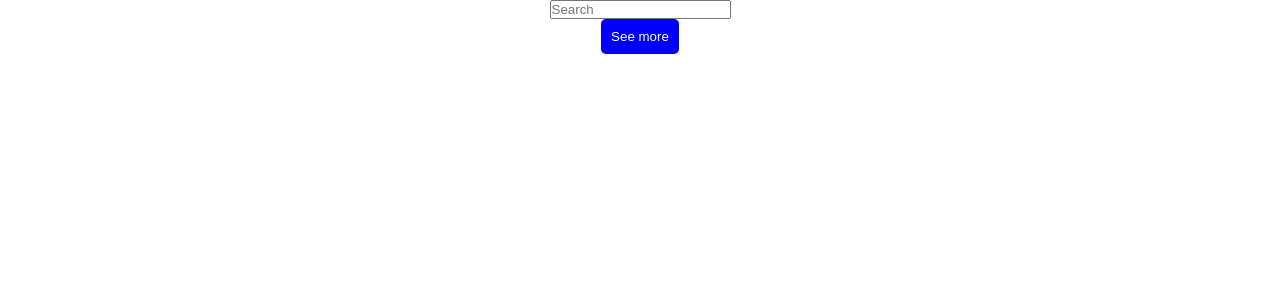
Repository: GiovanaBragio/ReactCourse
Page: / (app in project-1/)
These files come from the project's save history. The page is drawn as it stood at one moment and after the next save; the edit follows.
The browser window is 1280 px wide. The pictures show the whole page.
The page's requests for data from a server got no answer. The project was rebuilt for these pictures with package versions that can differ from the ones it lists, and the page was loaded fresh each time. No one was signed in, and anything a server would have sent is missing. Also part of the build but not shown: project-1/src/components/PostCard/PostCard.styles.css, project-1/src/components/PostCard/PostCard.tsx.

Above is the page before, as saved 2025-02-05 16:15:44.

### project-1/src/index.tsx
import React from 'react';
import ReactDOM from 'react-dom/client';
import './index.css';
import Home from './templates/Home/Home';

const root = ReactDOM.createRoot(
  document.getElementById('root') as HTMLElement
);
root.render(
  <React.StrictMode>
    <Home />
  </React.StrictMode>
);

### project-1/src/templates/Home/Home.tsx
import { useEffect, useState } from 'react';
import './Home.css';
import PostCard from '../../components/PostCard/PostCard';
import { PostCardProps } from '../../components/PostCard/PostCard.interface';
import Button from '../../components/Button/Button';
import InputText from '../../components/InputText/InputText';

function Home() {
  const [posts, setPosts] = useState<PostCardProps[]>([]);
  const [isButtonDisabled, setIsButtonDisabled] = useState(false);
  const [nextPosts, setNextPosts] = useState(10);
  const [search, setSearch] = useState('');
  const filterPosts = posts;

  useEffect(() => {
    loadPosts();
  }, []);

  const loadPosts = async () => {
    const responsePost = await fetch('https://jsonplaceholder.typicode.com/posts').then(response => response.json());
    const responsePhotos = await fetch('https://dummyjson.com/image/150');

    const postsWithPhotos = responsePost.map((post: PostCardProps, index: number) => {
      return {
        ...post,
        cover: responsePhotos.url
      }
    })

    setPosts(postsWithPhotos);
  }

  const seeMore = () => {
    let newNextPosts = nextPosts + 10;
    if (newNextPosts > 100) {
      setIsButtonDisabled(true);
    }
    setNextPosts(newNextPosts);
  }

  const handleSearch = (event: React.ChangeEvent<HTMLInputElement>) => {
    setSearch(event.target.value);

    if (event.target.value === '') {

    }
  }

  return (
    <div className="Home">
      <InputText
        value={search}
        onChange={handleSearch} />
      <div className="Home__posts">
        {posts.slice(0, nextPosts).map(post => (
          <PostCard
            key={post.id}
            id={post.id}
            title={post.title}
            body={post.body}
            cover={post.cover} />
        )
        )}
      </div>
      {!search && (
        <Button
          text={'See more'}
          onClick={seeMore}
          disabled={isButtonDisabled}
        />
      )}
    </div>
  );
}

export default Home;

### project-1/src/templates/Home/Home.css
*{
  margin: 0;
  padding: 0;
  box-sizing: border-box;
}
.Home {
  display: flex;
  flex-direction: column;
  justify-content: center;
  align-items: center;
}

.Home__posts {
  display: grid;
  grid-template-columns: repeat(auto-fill, minmax(300px, 1fr));
}

### project-1/src/components/Button/Button.tsx
import { ButtonProps } from "./Button.interface";
import './Button.styles.css';

const Button = ({ onClick, text, disabled }: ButtonProps) => {
    return (
        <button
            onClick={onClick}
            disabled={disabled}>
            {text}
        </button>
    )
}

export default Button;

### project-1/src/components/InputText/InputText.tsx
import { InputTextProps } from "./InputText.inerface";

const InputText = ({ value, onChange }: InputTextProps) => {
    return (
        <input
            className="inputText"
            type="text"
            placeholder="Search"
            value={value}
            onChange={onChange} />
    )
}

export default InputText;

### project-1/src/components/Button/Button.styles.css
button {
    color: white;
    padding: 10px;
    border-radius: 5px;
    border: none;
    background-color: blue;
    cursor: pointer;
    transition: all 0.3s ease-in-out;
}

button:hover {
    background-color: darkblue;
}

button:disabled {
    background-color: gray;
    cursor: not-allowed;
}

### project-1/src/components/InputText/InputText.styles.css
.inputText {
    padding: 10px;
    border: 1px solid #ccc;
    border-radius: 5px;
    width: 200px;
}

Loaded but not shown: project-1/public/index.html (common file); project-1/src/index.css (common file)

After the next save:
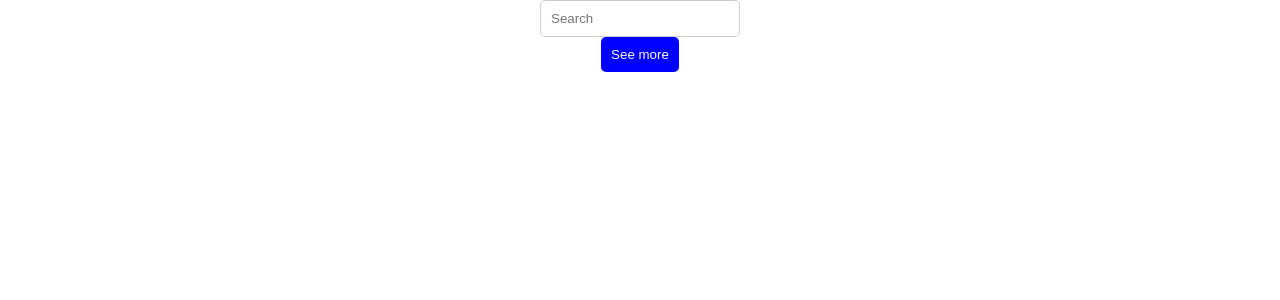
Saved 39 s later.
--- a/project-1/src/components/InputText/InputText.tsx
+++ b/project-1/src/components/InputText/InputText.tsx
@@ -1,4 +1,5 @@
 import { InputTextProps } from "./InputText.inerface";
+import './InputText.styles.css';
 
 const InputText = ({ value, onChange }: InputTextProps) => {
     return (
